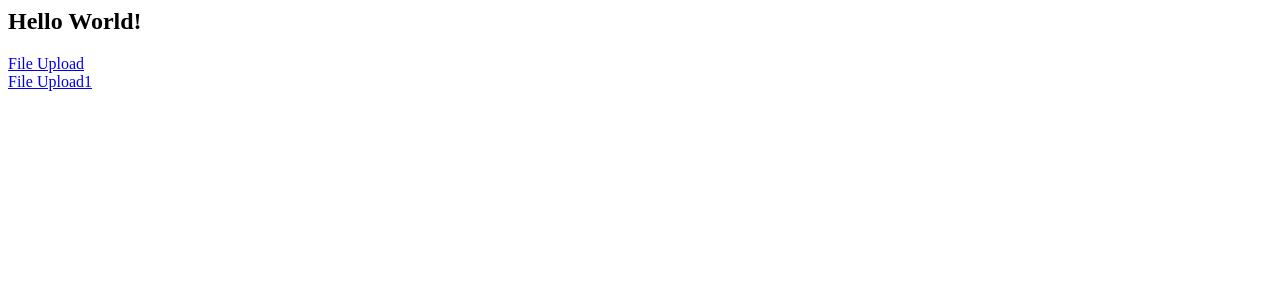
Repository: rainismsky/kh_spring_workspace
Page: http://localhost/FileUpload/
An editor plug-in stored every save of this project. The page is shown before and after the next save, followed by the edit.
The browser window is 1280 px wide. The pictures show the whole page.
The page is served by Tomcat 9.

Above is the page before, as saved 2018-10-18 10:15:32.

After the next save:
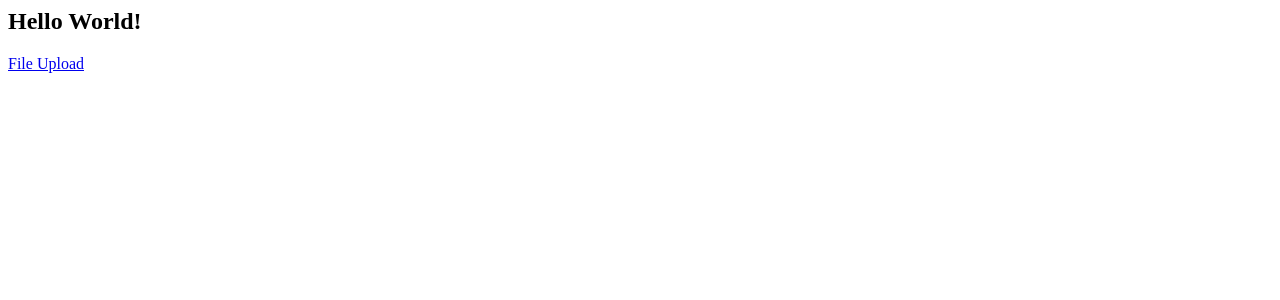
Saved 8 min 30 s later.
--- a/love_H.J/FileUpload/src/main/webapp/index.jsp
+++ b/love_H.J/FileUpload/src/main/webapp/index.jsp
@@ -6,6 +6,6 @@
 <h2>Hello World!</h2>
 
 <a href="report/ajaxUpload.do">File Upload</a></br>
-<a href="AjaxUpload/report/ajaxUpload.do">File Upload1</a>
+
 </body>
 </html>
